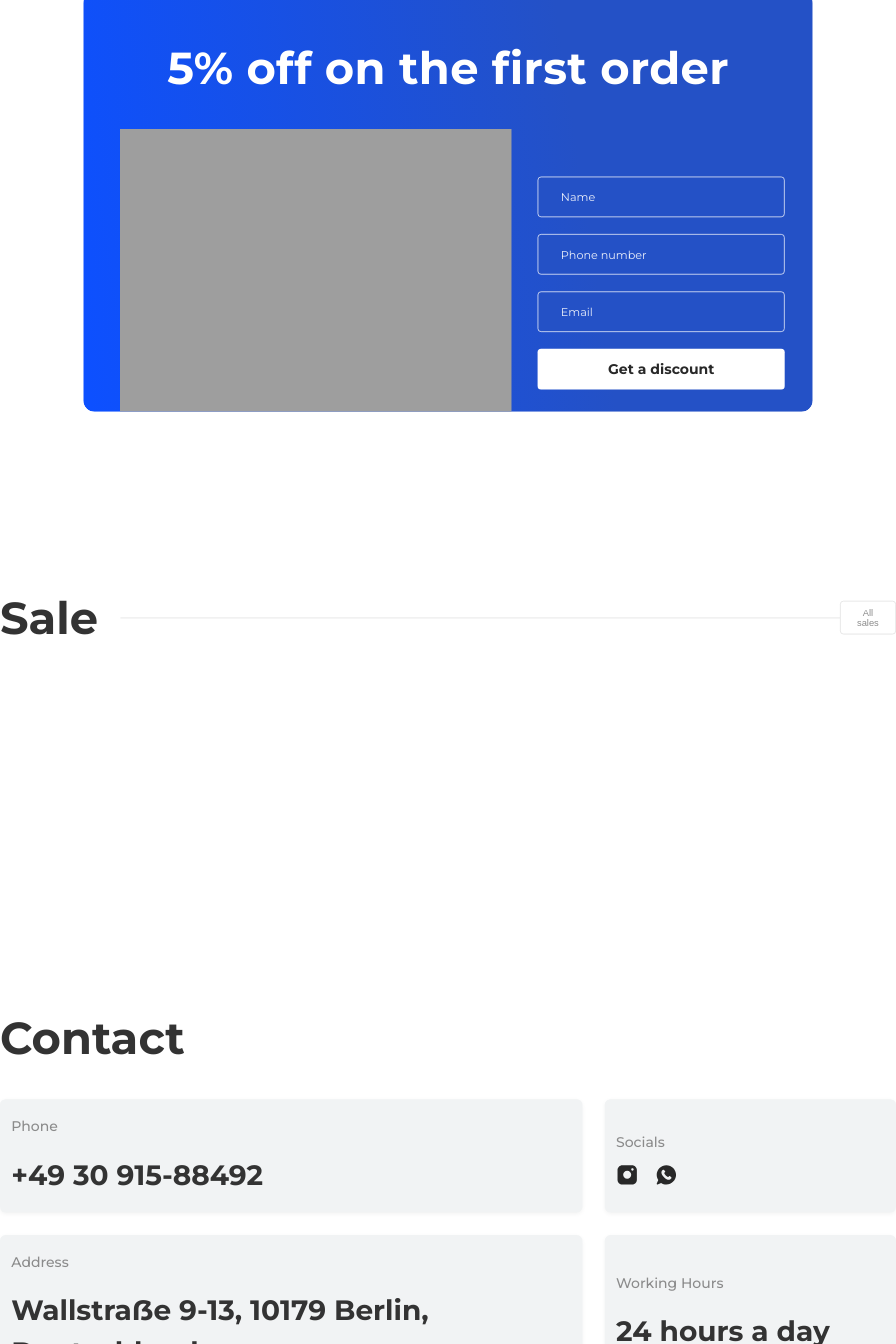
Repository: jursylian/PET-INTERNET-SHOP-PROJECT
Page: /
An editor plug-in stored every save of this project. The page is shown before and after the next save, followed by the edit.
The browser window is 1280 px wide. The pictures show the part of the page from y = 1546 to 3466 px (the page is 3924 px tall before and 3922 px after), at 70% of full size.
Pictures or frames that could not be fetched are drawn as grey boxes. The page's requests for data from a server got no answer. The project was rebuilt for these pictures with package versions that can differ from the ones it lists, and the page was loaded fresh each time. No one was signed in, and anything a server would have sent is missing. Also part of the build but not shown: vite.config.js, src/pages/CategoriesAll/CategoriesAll.module.css, src/layouts/PageSection/PageSection.module.css, src/layouts/PageSection/PageSection.jsx, src/pages/CategoriesAll/CategoriesAll.jsx, src/redux/productsSelectors.js, src/components/ProductFilter/ProductFilter.module.css, src/components/ProductFilter/ProductFilter.jsx and 22 more.

Above is the page before, as saved 2025-11-06 18:30:50.

### index.html
<!DOCTYPE html>
<html lang="en">
  <head>
    <meta charset="UTF-8" />
    <link rel="icon" type="image/svg+xml" href="/vite.svg" />
    <link
      href="https://fonts.googleapis.com/css2?family=Montserrat:wght@400;500;700&display=swap"
      rel="stylesheet"
    />

    <meta name="viewport" content="width=device-width, initial-scale=1.0" />
    <title>pet-internet-shop-project</title>
  </head>
  <body>
    <div id="root"></div>
    <script type="module" src="/src/main.jsx"></script>
  </body>
</html>

### src/main.jsx
import React from "react";
import ReactDOM from "react-dom/client";
import App from "./App";
import { Provider } from "react-redux";
import store from "./redux/store";
import { BrowserRouter } from "react-router-dom";
import "./index.css";

ReactDOM.createRoot(document.getElementById("root")).render(
  <BrowserRouter>
    <Provider store={store}>
      <App />
    </Provider>
  </BrowserRouter>
);

### src/App.jsx
import "./App.css";
import AppRouter from "./router/AppRouter";

function App() {
  return (
    <>
      <AppRouter />
    </>
  );
}

export default App;

### src/index.css
* {
  margin: 0;
  padding: 0;
  box-sizing: border-box;
}

body {
  font-family: "Montserrat";
  font-size: 16px;
  line-height: 1.5;
  color: #333;
}

.text-decoration-none {
  text-decoration: none;
}

### src/router/AppRouter.jsx
import { Routes, Route } from "react-router-dom";
import MainLayout from "../layouts/MainLayout/MainLayout";

import Home from "../pages/Home/Home";
import CategoriesAll from "../pages/CategoriesAll/CategoriesAll";
import AllProducts from "../pages/AllProducts/AllProducts";
import ProductDescription from "../pages/ProductDescription/ProductDescription";
import Cart from "../pages/Cart/Cart";
import NotFound from "../pages/NotFound/NotFound";
import AllSales from "../pages/AllSales/AllSales";
import CategoryPage from "../pages/CategoryPage/CategoryPage";

function AppRouter() {
  return (
    <Routes>
      <Route element={<MainLayout />}>
        <Route path="/" element={<Home />} />
        <Route path="/categories" element={<CategoriesAll />} />
        <Route path="/categories/:categoryId" element={<CategoryPage />} />
        <Route path="/discounts" element={<AllSales />} />
        <Route path="/products" element={<AllProducts />} />
        <Route path="/product/:productId" element={<ProductDescription />} />
        <Route path="/cart" element={<Cart />} />
        <Route path="*" element={<NotFound />} />
      </Route>
    </Routes>
  );
}

export default AppRouter;

### src/layouts/MainLayout/MainLayout.jsx
import { Outlet } from "react-router-dom";
import Header from "../Header/Header";
import Footer from "../Footer/Footer";

export default function MainLayout() {
  return (
    <>
      <Header />
      <main className="container mx-auto p-4 min-h-[80vh]">
        <Outlet />
      </main>
      <Footer />
    </>
  );
}

### src/pages/Home/Home.jsx
import Categories from "../../components/Categories/Categories";
import PromoBanner from "../../components/PromoBanner/PromoBanner";
import DiscountForm from "../../components/DiscountForm/DiscountForm";
import Sales from "../../components/Sales/Sales";
import styles from "./Home.module.css";

function Home() {
  return (
    <main className={styles.wrapper}>
      <PromoBanner />
      <Categories />
      <DiscountForm />
      <Sales />
    </main>
  );
}

export default Home;

### src/layouts/Header/Header.jsx
import { Link, NavLink, useLocation } from "react-router-dom";
import { useSelector } from "react-redux";
import styles from "./Header.module.css";
import logo from "../../assets/logo.svg";
import cartIcon from "../../assets/cart-icon.svg";

function Header() {
  const items = useSelector((state) => state.cart.items);
  const totalQuantity = items.reduce((sum, item) => sum + item.quantity, 0);
  const location = useLocation();

  const currentPath = location.pathname;

  return (
    <header
      className={`${styles.header} ${
        currentPath !== "/" ? styles.withDivider : ""
      }`}
    >
      <div className={styles.left}>
        <Link to="/" className={styles.logo}>
          <img src={logo} alt="Логотип" />
        </Link>
      </div>

      <nav className={styles.nav}>
        {currentPath === "/" ? (
          <span className={styles.inactive}>Main Page</span>
        ) : (
          <NavLink to="/" end>
            Main Page
          </NavLink>
        )}

        {currentPath === "/categories" ? (
          <span className={styles.inactive}>Categories</span>
        ) : (
          <NavLink to="/categories">Categories</NavLink>
        )}

        {currentPath === "/products" ? (
          <span className={styles.inactive}>All Products</span>
        ) : (
          <NavLink to="/products">All Products</NavLink>
        )}

        {currentPath === "/discounts" ? (
          <span className={styles.inactive}>All Sales</span>
        ) : (
          <NavLink to="/discounts">All Sales</NavLink>
        )}
      </nav>

      <div className={styles.right}>
        <Link to="/cart" className={styles.cart}>
          <img src={cartIcon} alt="Корзина" />
          {totalQuantity > 0 && (
            <span className={styles.count}>{totalQuantity}</span>
          )}
        </Link>
      </div>
    </header>
  );
}

export default Header;

### src/layouts/Footer/Footer.jsx
import styles from "./Footer.module.css";
import chatIcon from "../../assets/ic-instagram.svg";
import phoneIcon from "../../assets/ic-whatsapp.svg";

export default function Footer() {
  return (
    <footer className={styles.footer}>
      <h3 className={styles.contact}>Contact</h3>
      <div className={styles.info}>
        <div className={styles.container}>
          <div className={styles.card}>
            <p className={styles.text}>Phone</p>
            <p className={styles.textInfo}>+49 30 915-88492</p>
          </div>
          <div className={styles.icons}>
            <p className={styles.text}>Socials</p>
            <div className={styles.socialsMedien}>
              <img src={chatIcon} alt="Chat" />
              <img src={phoneIcon} alt="Phone" />
            </div>
          </div>
        </div>

        <div className={styles.container}>
          <div className={styles.card}>
            <p className={styles.text}>Address</p>
            <p className={styles.textInfo}>
              Wallstraẞe 9-13, 10179 Berlin, Deutschland
            </p>
          </div>
          <div className={styles.icons}>
            <p className={styles.text}>Working Hours</p>
            <p className={styles.textInfo}>24 hours a day</p>
          </div>
        </div>
      </div>
      <div className={styles.map}>
        <iframe
          className={styles.iframe}
          src="https://www.google.com/maps/embed?pb=!1m18!1m12!1m3!1d3642.428115488763!2d13.40018838277564!3d52.5113162995337!2m3!1f0!2f0!3f0!3m2!1i1024!2i768!4f13.1!3m3!1m2!1s0x47a84e27db4748a5%3A0x1d538c01013c2c7!2sWallstra%C3%9Fe%209-13%2C%2010179%20Berlin!5e0!3m2!1suk!2sde!4v1760550313224!5m2!1suk!2sde"
          width="600"
          height="450"
          style={{ border: 0 }}
          allowFullScreen=""
          loading="lazy"
          referrerPolicy="no-referrer-when-downgrade"
        ></iframe>
      </div>
    </footer>
  );
}

### src/components/Categories/Categories.jsx
import { useNavigate } from "react-router-dom";
import { useEffect, useState } from "react";
import axios from "axios";
import styles from "./Categories.module.css";

const Categories = () => {
  const navigate = useNavigate();
  const [categories, setCategories] = useState([]);

  useEffect(() => {
    const fetchCategories = async () => {
      try {
        const res = await axios.get("http://localhost:3333/categories/all");
        setCategories(res.data.slice(0, 4));
      } catch (err) {
        console.error("Ошибка загрузки категорий:", err);
      }
    };

    fetchCategories();
  }, []);

  return (
    <section className={styles.categories}>
      <div className={styles.header}>
        <h2 className={styles.title}>Categories</h2>
        <div className={styles.line}></div>
        <button
          onClick={() => navigate("/categories")}
          className={styles.showAllBtn}
        >
          All categories
        </button>
      </div>

      <div className={styles.cards}>
        {categories.map(({ id, title, image }) => (
          <div
            key={id}
            className={styles.card}
            onClick={() => navigate(`/categories/${id}`)}
          >
            <img
              src={`http://localhost:3333${image}`}
              alt={title}
              className={styles.image}
            />
            <p className={styles.label}>{title}</p>
          </div>
        ))}
      </div>
    </section>
  );
};

export default Categories;

### src/components/PromoBanner/PromoBanner.jsx
import { Link } from "react-router-dom";
import styles from "./PromoBanner.module.css";
import bannerImage from "../../assets/background.png";

function PromoBanner() {
  return (
    <section className={styles.hero}>
      <img src={bannerImage} alt="Баннер" className={styles.image} />

      <div className={styles.content}>
        <h1>
          Amazing Discounts <br />
          on Pets Products!
        </h1>

        <Link to="/discounts" className={styles.button}>
          Check out
        </Link>
      </div>
    </section>
  );
}

export default PromoBanner;

### src/pages/Home/Home.module.css
/* Home.module.css */
.wrapper {
  display: flex;
  flex-direction: column;
  gap: 80px;
  padding: 40px 0;
}

.section {
  display: flex;
  flex-direction: column;
  gap: 24px;
}

.title {
  font-size: 28px;
  font-weight: 600;
}

.grid {
  display: grid;
  grid-template-columns: repeat(auto-fill, minmax(220px, 1fr));
  gap: 24px;
}

.message {
  font-size: 16px;
  color: #555;
}

### src/layouts/Header/Header.module.css
.header {
  display: flex;
  align-items: center;
  justify-content: space-between;
  padding: 40px 80px;
  height: 128px;
  width: 100%;
  position: relative;
  background-color: #fff;
  z-index: 10;
}

.withDivider {
  border-bottom: 1px solid #e5e5e5;
}

.left,
.right {
  flex: 1;
  display: flex;
  align-items: center;
}

.left {
  justify-content: flex-start;
}

.right {
  justify-content: flex-end;
}

.logo img {
  height: 70px;
  display: block;
  transition: transform 0.3s ease;
}

.logo img:hover {
  transform: scale(1.2);
}

.nav {
  flex: 2;
  display: flex;
  justify-content: center;
  align-items: center;
  gap: 44px;
}

.nav a {
  text-decoration: none;
  color: #282828;
  font-weight: 500;
  font-size: 20px;
  transition: color 0.2s ease;
}

.nav a:hover {
  color: #007bff;
}

.active {
  color: #007bff;
  font-weight: 600;
}

.inactive {
  color: #8b8b8b;
  font-weight: 500;
  font-size: 20px;
  cursor: default;
  text-decoration: none;
  pointer-events: none;
}

.inactive:hover {
  color: #8b8b8b;
}

.cart {
  position: relative;
  display: flex;
  align-items: center;
}

.cart img {
  height: 44px;
}

.count {
  position: absolute;
  top: 0;
  left: -6px;
  background-color: #007bff;
  color: white;
  border-radius: 50%;
  font-size: 12px;
  font-weight: bold;
  width: 22px;
  height: 22px;
  display: flex;
  align-items: center;
  justify-content: center;
}

### src/layouts/Footer/Footer.module.css
.footer {
  width: 100%;
  max-width: 1360px;
  margin: 0 auto;
  padding-bottom: 10px;
}

.contact {
  font-size: 64px;
  margin-bottom: 40px;
}
.card {
  height: auto;
  background-color: #f1f3f4;
  display: flex;
}

.card p,
.icons p {
  margin: 0.5rem 0;
}
.icons {
  width: 100%;
  max-width: 100%;

  height: auto;
  background-color: #f1f3f4;
}
.card,
.icons {
  background-color: #f1f3f4;
  padding: 1rem;
  border-radius: 8px;
  box-shadow: 0 2px 6px rgba(0, 0, 0, 0.05);
  display: flex;
  flex-direction: column;
  justify-content: center;
  gap: 0.5rem;
  transition: transform 0.3s ease, box-shadow 0.3s ease;

  flex: 1;
  min-height: 150px;
  height: 100%;
}
.card:hover,
.icons:hover {
  transform: translateY(-8px) scale(1.02);
  box-shadow: 0 8px 20px rgba(0, 0, 0, 0.1);
}

.container {
  display: grid;
  grid-template-columns: 2fr 1fr;
  gap: 32px;
  margin-bottom: 32px;
}
.icons img {
  width: 32px;
  height: 32px;
  object-fit: contain;
  transition: transform 0.3s ease;
  margin-right: 8px;
}
.text {
  font-family: Montserrat;
  font-weight: 500;
  font-style: Medium;
  font-size: 20px;
  color: #8b8b8b;
}
.textInfo {
  font-family: Montserrat;
  font-weight: 600;
  font-style: SemiBold;
  font-size: 40px;

  letter-spacing: 0%;
}
.socialsMedien {
  display: flex;
  flex-direction: row;
  gap: 16px;
}
.iframe {
  width: 100%;
  max-width: 100%;
  height: 350px;
  border-radius: 8px;
  display: block;
}
@media (max-width: 1024px) {
  .container {
    display: flex;
    flex-direction: column;
    gap: 32px;
  }
  .contact {
    font-size: 44px;
    text-align: center;
  }
  .card,
  .icons {
    width: 100%;
    min-height: 300px;
    height: auto;
  }

  .footer {
    margin-left: 1rem;
    margin-right: 1rem;
  }
  .iframe {
    height: 300px;
  }
}

@media (max-width: 600px) {
  .container {
    display: flex;
    flex-direction: column;
    gap: 32px;
  }
  .contact {
    font-size: 34px;
    margin-bottom: 10px;
    text-align: center;
  }

  .textInfo {
    font-size: 24px;
    text-align: calc();
  }

  .text {
    font-size: 16px;
    text-align: center;
  }
  .socialsMadien {
    justify-content: center;
    flex-wrap: wrap;
  }
  .icons img {
    width: 28px;
    height: 28px;
  }
  .iframe {
    height: 250px;
  }
  .card,
  .icons {
    flex-direction: column;
    align-items: center;
    width: 100%;
  }
}

### src/components/Categories/Categories.module.css
.categories {
  height: auto;
  min-height: 560px;
  border-radius: 10px;
  width: 100%;
  max-width: 1360px;
  margin: 0 auto;
  padding-bottom: 10px;
  margin-top: 106px;
}

.header {
  display: flex;
  align-items: center;
  margin-bottom: 40px;
  gap: 0; /* чтобы элементы были вплотную */
}

.title {
  font-family: Montserrat;
  font-weight: 700;
  font-size: 64px;
  margin-right: 32px;
  white-space: nowrap;
}

.line {
  flex: 1;
  height: 1px;
  background-color: #dddddd;
  margin-right: -1px; /* чтобы линия прямо “врезалась” в кнопку */
}

.showAllBtn {
  border: 1px solid #dddddd;
  border-radius: 5px;
  background-color: white;
  padding: 8px 16px;
  color: #8b8b8b;
  cursor: pointer;
  transition: all 0.3s ease;
  margin-left: 0; /* убираем отступ между линией и кнопкой */
}

.showAllBtn:hover {
  background-color: #7e7b7b;
  color: white;
  transform: translateY(-2px);
  box-shadow: 0 4px 8px rgba(0, 0, 0, 0.1);
}

.showAllBtn:active {
  background-color: #0d50ff;
  transform: scale(0.98);
  box-shadow: inset 0 2px 4px rgba(0, 0, 0, 0.2);
}

.cards {
  display: flex;
  flex-wrap: wrap;
  gap: 32px;
  justify-content: center;
}

.card {
  position: relative;
  text-align: center;
  cursor: pointer;
}

.image {
  width: 316px;
  height: 350px;
  object-fit: cover;
  border-radius: 12px;
  transition: transform 0.3s ease, box-shadow 0.3s ease;
}

.image:hover {
  transform: translateY(-6px) scale(1.1);
  box-shadow: 0 8px 16px rgba(0, 0, 0, 0.1);
}

.label {
  font-weight: 500;
  font-size: 20px;
  color: #282828;
  margin-top: 16px;
  line-height: 130%;
}

@media (max-width: 768px) {
  .header {
    flex-direction: column;
    align-items: center;
    gap: 16px;
  }

  .title {
    font-size: 36px;
    margin-right: 0;
  }

  .line {
    width: 100%;
    margin-right: 0;
  }

  .showAllBtn {
    font-size: 14px;
    padding: 6px 10px;
  }

  .cards {
    flex-direction: column;
    align-items: center;
    gap: 20px;
  }
}

### src/components/PromoBanner/PromoBanner.module.css
.hero {
  position: relative;
  width: 100%;
  height: 520px;
  overflow: hidden;
  margin-top: -40px;
}

.image {
  position: absolute;
  top: 0;
  left: 0;
  width: 100%;
  height: 100%;
  object-fit: cover;
  z-index: 1;
}

.content {
  position: relative;
  z-index: 2;
  color: #fff;
  text-align: left;
  padding-left: 80px;
  transform: translateY(50px);
}

.content h1 {
  font-size: 96px;
  font-weight: 700;
  margin-bottom: 40px;
  line-height: 1.1;
}

.button {
  display: inline-block;
  background: #0d50ff;
  color: #fff;
  font-weight: 600;
  font-size: 20px;
  border: none;
  border-radius: 8px;
  cursor: pointer;
  transition: background-color 0.2s ease, transform 0.2s ease;
  padding: 16px 36px;
  text-decoration: none;
  box-sizing: border-box;
}

.button:hover {
  background-color: #0036cc;
  transform: translateY(-3px);
  box-shadow: 0px 12px 20px rgba(13, 80, 255, 0.4);
}

### src/ui/Input/Input.jsx
import styles from "./Input.module.css";

const Input = ({
  type = "text",
  name,
  placeholder,
  value,
  onChange,
  error,
}) => {
  return (
    <div className={styles.field}>
      <input
        type={type}
        name={name}
        placeholder={placeholder}
        value={value}
        onChange={onChange}
        className={`${styles.input} ${error ? styles.errorBorder : ""}`}
      />
      {error && <p className={styles.error}>{error}</p>}
    </div>
  );
};

export default Input;

### src/ui/Button/Button.jsx
import { useState } from "react";
import styles from "./Button.module.css";

const Button = ({ children, onClick, type = "button", disabled = false }) => {
  const [submitted, setSubmitted] = useState(false);

  const handleClick = async (e) => {
    if (onClick) {
      const result = await onClick(e);

      if (result === true) {
        setSubmitted(true);
        setTimeout(() => setSubmitted(false), 3000);
      }
    }
  };

  return (
    <button
      type={type}
      onClick={handleClick}
      className={`${styles.button} ${submitted ? styles.submitted : ""}`}
      disabled={disabled || submitted}
    >
      {submitted ? "Request submitted" : children}
    </button>
  );
};

export default Button;

### src/components/DiscountForm/DiscountForm.module.css
.wrapper {
  max-width: 1395px;
  margin: 60px auto;
  border-radius: 16px;
  overflow: hidden;
}

.discountSection {
  position: relative;
  background: linear-gradient(261.47deg, #2451c6 32.63%, #0d50ff 98.96%);
  border-radius: 16px;
  padding: 60px 80px 0;
  display: flex;
  flex-direction: column;
  justify-content: space-between;
  min-height: 485px;
  overflow: hidden;
}

.title {
  color: #ffffff;
  font-weight: 800;
  font-size: 64px;
  text-align: center;
  margin-bottom: 40px;
  letter-spacing: 0.5px;
}

.content {
  display: flex;
  justify-content: space-between;
  align-items: flex-end;
  position: relative;
  gap: 40px;
}

.imageWrap {
  flex: 0 0 60%;
  display: flex;
  align-items: flex-end;
  justify-content: flex-start;
}

.animals {
  width: 110%;
  max-width: none;
  height: 420px;
  object-fit: contain;
  margin-bottom: -16px; /* прижимает к низу */
  transform: translateX(-5%); /* чуть сдвигаем влево для визуального баланса */
}

.form {
  flex: 0 0 40%;
  display: flex;
  flex-direction: column;
  gap: 24px;
  align-items: stretch;
  justify-content: flex-end;
  padding-bottom: 32px;
}

@media (max-width: 1024px) {
  .discountSection {
    padding: 40px 24px;
  }

  .title {
    font-size: 42px;
    margin-bottom: 24px;
  }

  .content {
    flex-direction: column;
    align-items: center;
    gap: 32px;
  }

  .form {
    width: 100%;
    max-width: 380px;
    padding-bottom: 20px;
  }

  .imageWrap {
    justify-content: center;
  }

  .animals {
    width: 90%;
    transform: translateY(10px);
  }
}

@media (max-width: 600px) {
  .title {
    font-size: 32px;
  }

  .form {
    gap: 16px;
  }
}

### src/ui/Input/Input.module.css
.field {
  width: 100%;
  display: flex;
  flex-direction: column;
}

.input {
  padding: 16px 32px;
  width: 100%;
  height: 58px;
  border-radius: 5px;
  border: 1px solid #ffffff;
  background-color: #2451c6;
  color: #ffffff;
  font-size: 18px;
  font-family: Montserrat;
}

.input::placeholder {
  color: white;
  opacity: 0.9;
  font-size: 16px;
}

.error {
  font-size: 14px;
  color: #ffcccc;
  margin-top: 4px;
}

.errorBorder {
  border-color: #ff5555;
}

### src/ui/Button/Button.module.css
.button {
  padding: 16px 32px;
  width: 100%;
  height: 58px;
  font-family: Montserrat, sans-serif;
  font-weight: 600;
  font-size: 20px;
  border: none;
  border-radius: 5px;
  cursor: pointer;
  background-color: #fff;
  color: #282828;
  transition: all 0.3s ease;
}

/* при наведении */
.button:hover {
  background-color: #282828;
  color: #fff;
}

/* активное состояние (после отправки) */
.button.submitted {
  background-color: #fff;
  color: #0d50ff;
  border: 2px solid #0d50ff;
  cursor: default;
  transition: all 0.3s ease;
}

/* убираем hover для состояния submitted */
.button.submitted:hover {
  background-color: #fff;
  color: #0d50ff;
}

Loaded but not shown: src/redux/productSlice.js (51 lines, source omitted); src/redux/cartSlice.js (38 lines, source omitted); src/redux/store.js (12 lines, source omitted); src/components/DiscountForm/DiscountForm.jsx (91 lines, source omitted); src/components/Sales/Sales.jsx (89 lines, source omitted); src/components/Sales/Sales.module.css (156 lines, source omitted); src/App.css (no stored copy; drawn as an empty file)

After the next save:
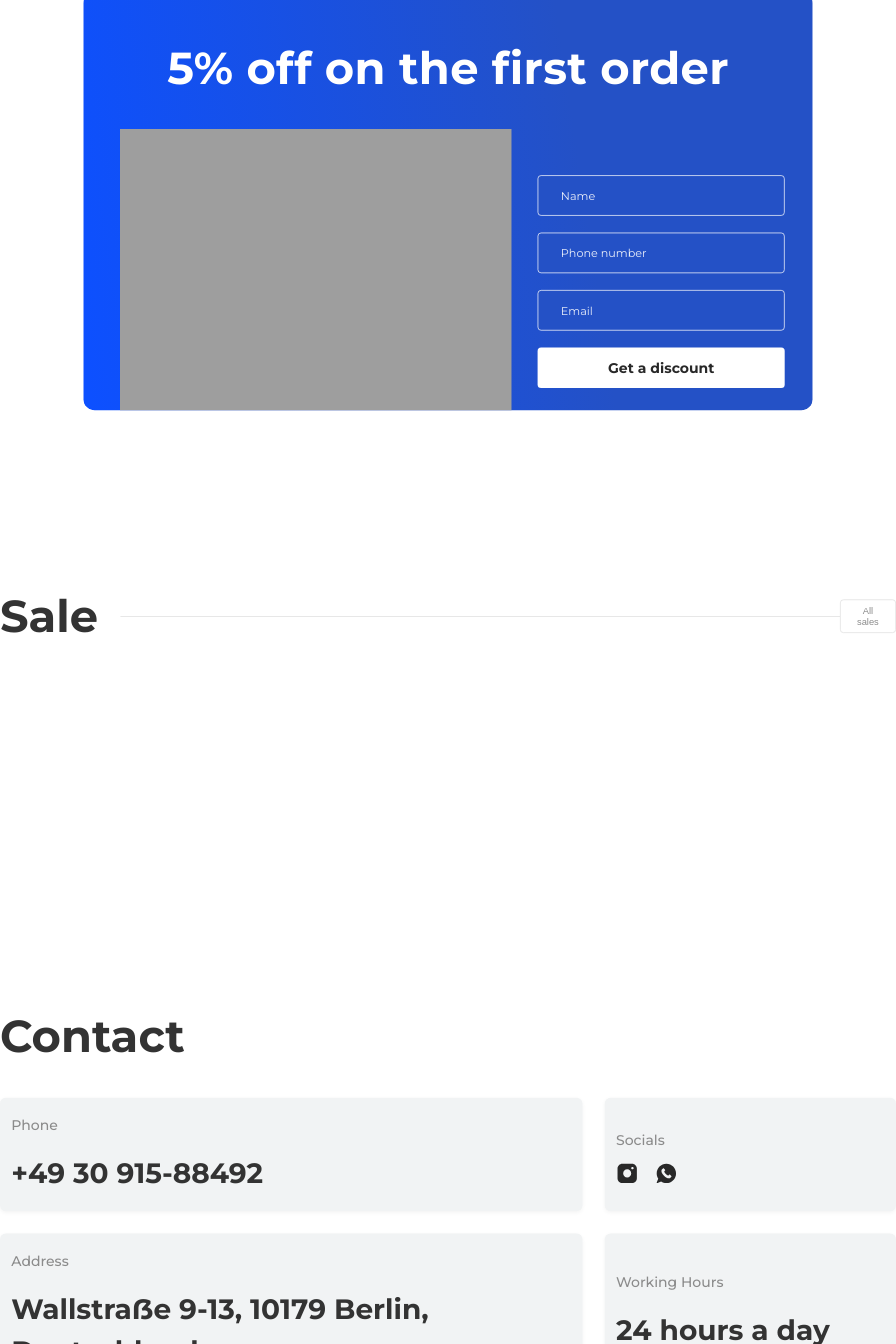
Saved 5 s later.
--- a/src/components/DiscountForm/DiscountForm.module.css
+++ b/src/components/DiscountForm/DiscountForm.module.css
@@ -46,7 +46,7 @@
   max-width: none;
   height: 420px;
   object-fit: contain;
-  margin-bottom: -16px; /* прижимает к низу */
+  margin-bottom: -18px; /* прижимает к низу */
   transform: translateX(-5%); /* чуть сдвигаем влево для визуального баланса */
 }
 
